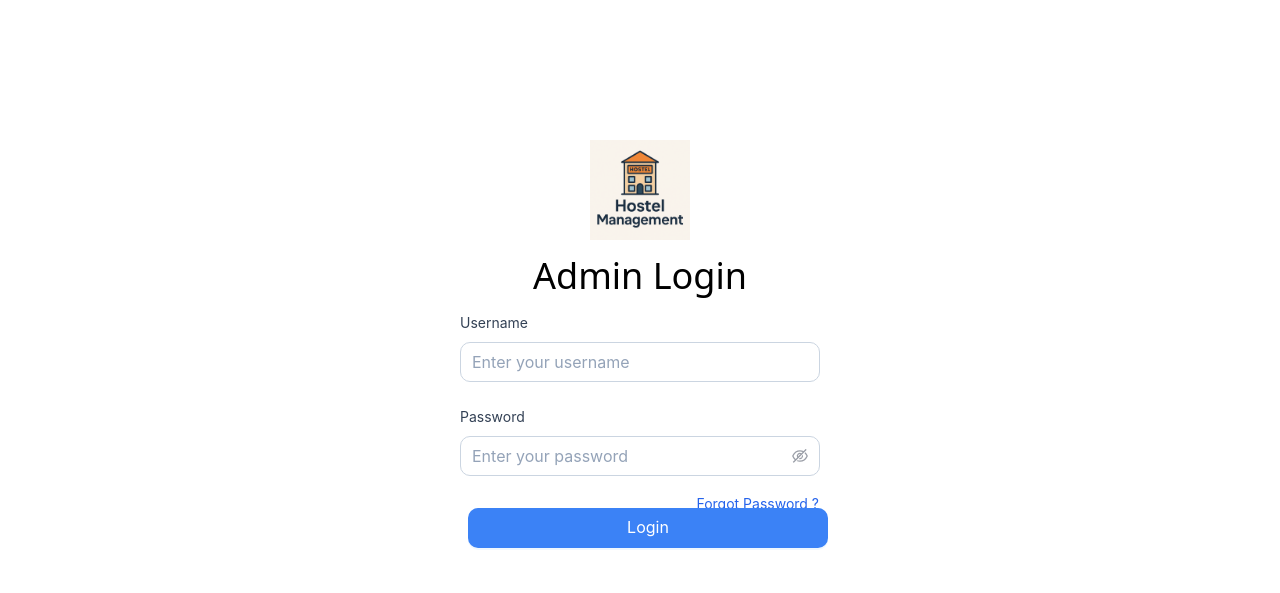
Repository: sujal984/Hostel-Management-System
Page: /Admin/accepted-applications (app in frontend/)
These files come from the project's save history. The page is drawn as it stood at one moment and after the next save; the edit follows.
The browser window is 1280 px wide. The pictures show the whole page.
The project was rebuilt for these pictures with package versions that can differ from the ones it lists, and the page was loaded fresh each time. Also part of the build but not shown: frontend/vite.config.js, frontend/src/components/Acceptedapplication.jsx, frontend/src/components/AdminDashboard.jsx, frontend/src/components/StepForms.jsx, frontend/src/components/ApplicationForm.jsx, frontend/src/components/TrackStatus.jsx, frontend/src/components/Temporary.jsx, frontend/src/components/ApplicationDetail.jsx and 2 more.

Above is the page before, as saved 2025-08-02 17:26:35.

### frontend/index.html
<!DOCTYPE html>
<html lang="en">
  <head>
    <meta charset="UTF-8" />
    <link
      rel="icon"
      type="image/svg+xml"
      href="/ChatGPT Image May 22, 2025, 12_02_14 PM.png"
    />
    <meta name="viewport" content="width=device-width, initial-scale=1.0" />
    <title>Hostel Management</title>
  </head>
  <body>
    <div id="root"></div>
    <script type="module" src="/src/main.jsx"></script>
  </body>
</html>

### frontend/src/main.jsx
import { createRoot } from "react-dom/client";
import { FormProvider } from "./components/FormContext.jsx";
import theme from "./theme.json";
import { ConfigProvider } from "antd";
import "./index.css";
import App from "./App.jsx";
import { BrowserRouter } from "react-router-dom";
import "@ant-design/v5-patch-for-react-19";
createRoot(document.getElementById("root")).render(
  <BrowserRouter>
    <ConfigProvider theme={theme}>
      <FormProvider>
        <App />
      </FormProvider>
    </ConfigProvider>
  </BrowserRouter>
);

### frontend/src/components/FormContext.jsx
// src/context/FormContext.jsx
import { createContext, useContext, useState } from "react";

const FormContext = createContext();

export const useFormContext = () => useContext(FormContext);

export const FormProvider = ({ children }) => {
  const [formData, setFormData] = useState({});
  const resetForm = () => setFormData({});

  return (
    <FormContext.Provider value={{ formData, setFormData, resetForm }}>
      {children}
    </FormContext.Provider>
  );
};

### frontend/src/theme.json
{
  "token": {
    "colorPrimary": "#3b82f6",
    "colorInfo": "#2563eb",
    "colorSuccess": "#22c55e",
    "colorWarning": "#facc15",
    "colorError": "#ef4444",

    "colorTextBase": "#1e293b",
    "colorBgBase": "#f8fafc",
    "colorBgContainer": "#ffffff",

    "fontFamily": "Inter, -apple-system, BlinkMacSystemFont, Segoe UI, Roboto, Helvetica Neue, Arial, sans-serif",
    "fontSize": 14,

    "borderRadius": 8,
    "colorBorder": "#e2e8f0",
    "colorTextPlaceholder": "#94a3b8"
  },

  "components": {
    "Button": {
      "controlHeight": 40,
      "colorPrimaryHover": "#2563eb",
      "colorPrimaryActive": "#1d4ed8"
    },
    "Table": {
      "colorBgContainer": "#ffffff",
      "colorBorderSecondary": "#e5e7eb",
      "headerBg": "#f1f5f9",
      "headerColor": "#0f172a"
    },
    "Form": {
      "labelColor": "#334155",
      "colorText": "#1e293b"
    },
    "Input": {
      "controlHeight": 50,
      "paddingInline": 16,
      "paddingBlock": 10,
      "borderRadius": 10,
      "colorBgContainer": "#ffffff",
      "colorBorder": "#cbd5e1",
      "colorText": "#0f172a"
    },
    "Steps": {
      "colorPrimary": "#3b82f6",
      "colorSplit": "#e2e8f0"
    },
    "Result": {
      "titleFontSize": 24,
      "subtitleFontSize": 16,
      "colorText": "#334155"
    },
    "Link": {
      "colorText": "#2563eb",
      "colorTextHover": "#1d4ed8",
      "colorTextActive": "#1e40af"
    },
    "Card": {
      "colorBgContainer": "#ffffff",
      "boxShadow": "0 4px 12px rgba(0, 0, 0, 0.05)",
      "borderRadius": 12,
      "padding": 24,
      "headerFontSize": 18,
      "colorTextHeading": "#0f172a"
    }
  }
}

### frontend/src/index.css
* {
  margin: 0;
  padding: 0;
}
@import "tailwindcss";

### frontend/src/App.jsx
import ProtectedRoute from "./components/ProtectedRoute";

import { WithHelmet } from "./helper/WithHelmet";
import { Routes, Route, Navigate } from "react-router-dom";
import { ROUTES } from "./constant/ROUTE";
import Page404 from "./components/Page404";
// import "./App.css";

function App() {
  const isAdminLoggedIn = localStorage.getItem("admin_logged_in") === "true";

  return (
    <Routes>
      {Object.values(ROUTES).map((route) => {
        const withHelmetComponent = WithHelmet(route.component, route.title);
        const Component = withHelmetComponent;

        // console.log(route.title);

        if (route.path === "/Admin/login") {
          // If logged in and on /Admin/login, redirect manually to dashboard
          if (isAdminLoggedIn) {
            return (
              <Route
                key={route.path}
                path={route.path}
                element={<Navigate to="/Admin/dashboard" replace />}
              />
            );
          } else {
            return (
              <Route
                key={route.path}
                path={route.path}
                element={<Component title={route.title} />}
              />
            );
          }
        }

        if (
          route.path === "/Admin/dashboard" ||
          (route.path.startsWith("/Admin/") && route.path !== "/Admin/login")
        ) {
          return (
            <Route
              key={route.path}
              path={route.path}
              element={
                <ProtectedRoute>
                  <Component title={route.title} />
                </ProtectedRoute>
              }
            />
          );
        }

        return (
          <Route
            key={route.path}
            path={route.path}
            element={<Component title={route.title} />}
          />
        );
      })}

      <Route path="*" element={<Page404 />} />
    </Routes>
  );
}

export default App;

### frontend/src/components/ProtectedRoute.jsx
import { Navigate } from "react-router-dom";

function ProtectedRoute({ children }) {
  const isAdminLoggedIn = localStorage.getItem("admin_logged_in") === "true";

  return isAdminLoggedIn ? children : <Navigate to="/Admin/login" replace />;
}

export default ProtectedRoute;

### frontend/src/helper/WithHelmet.jsx
import { Helmet } from "react-helmet";

// Higher-Order Component with Helmet
export function WithHelmet(Component, title) {
  return function WrappedComponent(props) {
    return (
      <>
        <Helmet>
          <title>{title}</title>
        </Helmet>
        <Component {...props} />
      </>
    );
  };
}

### frontend/src/constant/ROUTE.js
import AcceptedApplication from "../components/Acceptedapplication";
import AdminDashboard from "../components/AdminDashboard";
import AdminLogin from "../components/AdminLogin";
import ApplicationForm from "../components/ApplicationForm";
import TrackStatus from "../components/TrackStatus";
import Temporary from "../components/Temporary";
import ApplicationDetail from "../components/ApplicationDetail";
import ForgotPassword from "../components/ForgotPassword";

export const ROUTES = {
  ApplicationForm: {
    path: "/",
    component: ApplicationForm,
    title: "Application Form",
    heading: "Application Form",
  },
  AdminLogin: {
    path: "/Admin/login",
    component: AdminLogin,
    title: "Admin Login",
    heading: "Admin Login",
    description: "Its a  admin login page",
  },
  ForgotPassword: {
    path: "/Admin/forgot",
    component: ForgotPassword,
    title: "Forgot Password",
  },
  Tracking: {
    path: "/User/Application/status",
    component: TrackStatus,
    title: "Application Tracking",
    heading: "Application Tracking",
  },

  Admin_Dashborad: {
    path: "/Admin/dashboard",
    component: AdminDashboard,
    title: "Admin Dashboard",
    heading: "Admin Dashboard",
  },
  Accepted_Applications: {
    path: "/Admin/accepted-applications",
    component: AcceptedApplication,
    title: "Accepted Applications",
    heading: "Accepted Applications",
  },
  Application_Detail: {
    path: `/Admin/Application/detail/:id`,
    component: ApplicationDetail,
    title: "Application Detail",
    heading: "Application Detail",
  },
  Temporary: {
    path: "/temporary",
    component: Temporary,
    title: "Temporary",
    heading: "Temporary",
  },
};

### frontend/src/components/AdminLogin.jsx
import { Button, Form, Card, Typography, message } from "antd";
import FormItem from "antd/es/form/FormItem";
import Input from "antd/es/input/Input";
import { useState, useEffect } from "react";
import { Result } from "antd";

import { Endpoint } from "../constant/Endpoint";
import axios from "axios";
import { useNavigate } from "react-router-dom";
import { ROUTES } from "../constant/ROUTE";

function AdminLogin() {
  const [showResult, setShowResult] = useState(false);
  const [form] = Form.useForm();
  const navigate = useNavigate();
  useEffect(() => {
    if (localStorage.getItem("admin_logged_in") === "true") {
      navigate("/Admin/dashboard");
    }
  }, [navigate]);
  const handleLogin = async (values) => {
    console.log("run");
    try {
      const response = await axios.post(
        `${import.meta.env.VITE_API_URL}${Endpoint.adminlogin}`,
        {
          User_Name: values.User_Name,
          Password: values.Password,
        }
      );
      if (response.data && response.data.message === "Login successful") {
        message.success("Login successful");
        localStorage.setItem("admin_logged_in", "true");
        navigate("/Admin/dashboard");
      } else {
        setShowResult(true);

        localStorage.removeItem("admin_logged_in");
      }
    } catch (error) {
      setShowResult(true);
      console.log(error);
      localStorage.removeItem("admin_logged_in");
    }
  };
  const handleTryAgain = () => {
    setShowResult(false);
    form.resetFields();
  };
  return (
    <>
      <div className="h-screen flex justify-center items-center ">
        <div className=" md:min-w-[400px] !p-5">
          {showResult ? (
            <Result
              status="error"
              title="Login Failed"
              subTitle="Invalid username or password."
              extra={[
                <Button type="primary" key="tryagain" onClick={handleTryAgain}>
                  Try Again
                </Button>,
              ]}
            />
          ) : (
            <>
              <div className="flex justify-center">
                <img
                  src="/ChatGPT Image May 22, 2025, 12_02_14 PM.png"
                  className="w-[100px] h-[100px]"
                />
              </div>
              <h1 className="text-4xl text-center font-medium !m-4">
                Admin Login
              </h1>
              <Form
                layout="vertical"
                onFinish={handleLogin}
                requiredMark={false}
                form={form}
              >
                <FormItem
                  label="Username"
                  name="User_Name"
                  rules={[
                    { required: true, message: "Please Enter Your Username" },
                  ]}
                >
                  <Input placeholder="Enter your username" size="large" />
                </FormItem>
                <FormItem
                  label="Password"
                  name="Password"
                  rules={[
                    { required: true, message: "Please Enter Your Password" },
                  ]}
                >
                  <Input.Password
                    placeholder="Enter your password"
                    size="large"
                  />
                </FormItem>
                <FormItem className="!relative">
                  <Button
                    type="link"
                    href={ROUTES.ForgotPassword}
                    className="!absolute bottom-8 right-0 !pr-0 "
                  >
                    Forgot Password ?
                  </Button>
                  <Button
                    htmlType="submit"
                    type="primary"
                    size="large"
                    className="!w-full !m-2"
                  >
                    Login
                  </Button>
                </FormItem>
              </Form>
            </>
          )}
        </div>
      </div>
    </>
  );
}

export default AdminLogin;

### frontend/src/constant/Endpoint.js
export const Endpoint = {
  submitapplication: "/submit-application/",
  fetchapplications: "/fetch-applications/",
  deleteapplication: "/delete-application/",
  acceptedapplications: "/fetch-accepted-applications/",
  trackStatus: "/get-status/",
  roomallocation: "/allocate-room/",
  applicationupdatestatus: "/update-status/",
  availablerooms: "/available-rooms/",
  adminlogin: "/login/",
  applicationdetail: "/application",
};

After the next save:
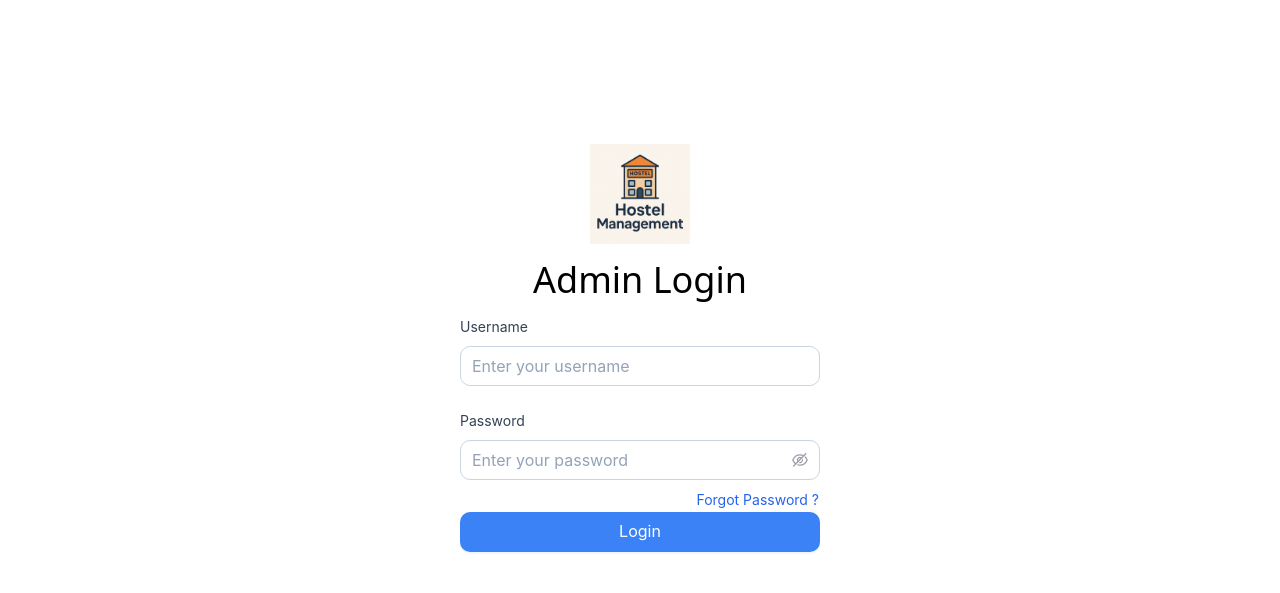
Saved 6 s later.
--- a/frontend/src/components/AdminLogin.jsx
+++ b/frontend/src/components/AdminLogin.jsx
@@ -112,7 +112,7 @@ function AdminLogin() {
                     htmlType="submit"
                     type="primary"
                     size="large"
-                    className="!w-full !m-2"
+                    className="!w-full !mt-2"
                   >
                     Login
                   </Button>
